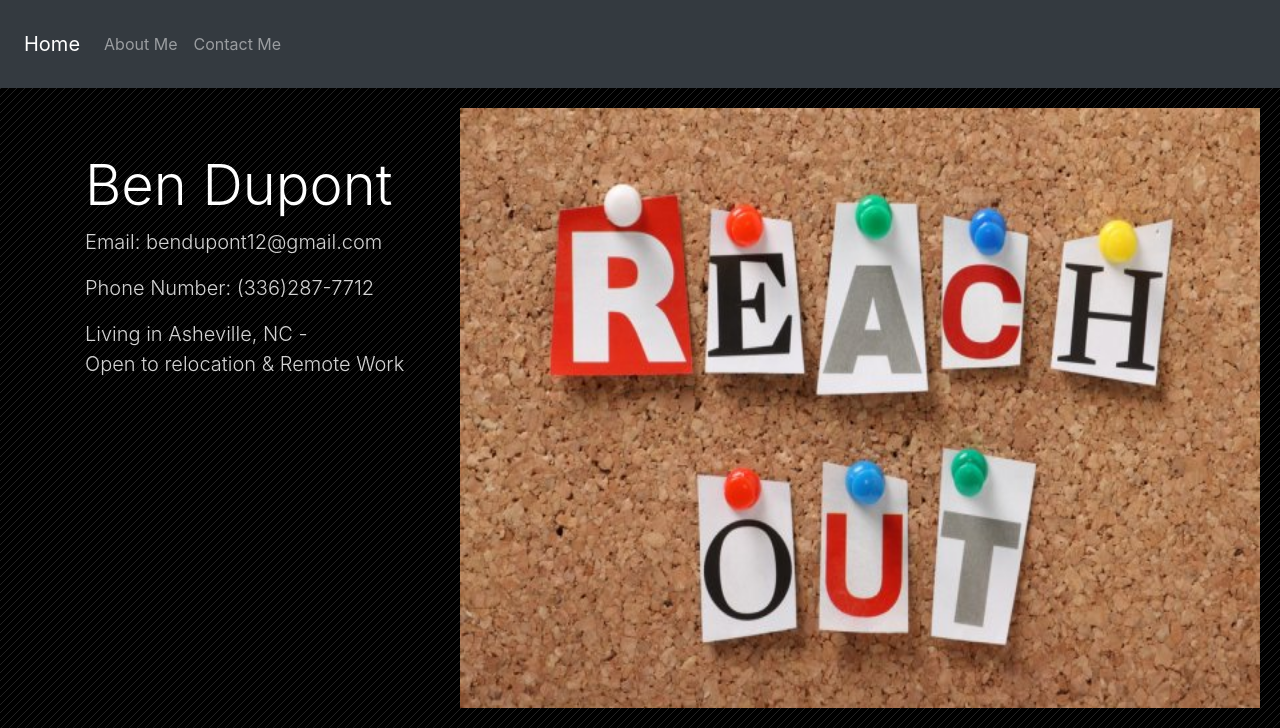
Repository: dupbd/portfolioWebPage
Page: BensSite/src/main/resources/static/contact.html
These files come from the project's save history. The page is drawn as it stood at one moment and after the next save; the edit follows.
The browser window is 1280 px wide. The pictures show the whole page.

Above is the page before, as saved 2021-02-08 22:12:10.

After the next save:
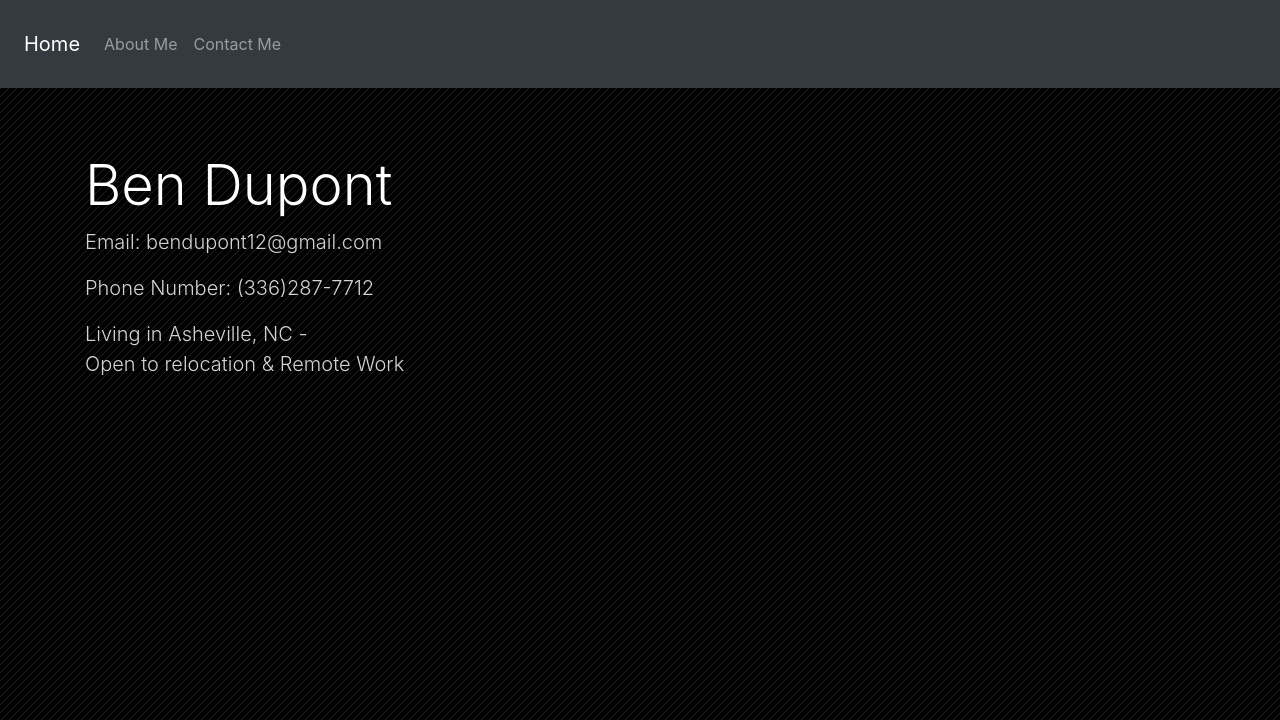
Saved 3 min 9 s later.
--- a/BensSite/src/main/resources/static/contact.html
+++ b/BensSite/src/main/resources/static/contact.html
@@ -25,7 +25,7 @@
 </div>
 </nav>
 
-<img class="me" src="reachout.jpg" alt="It's Me" width="800" height="600" style="margin:20px; float:right;">
+
 
 
 <div class="jumbotron jumbotron-fluid">
